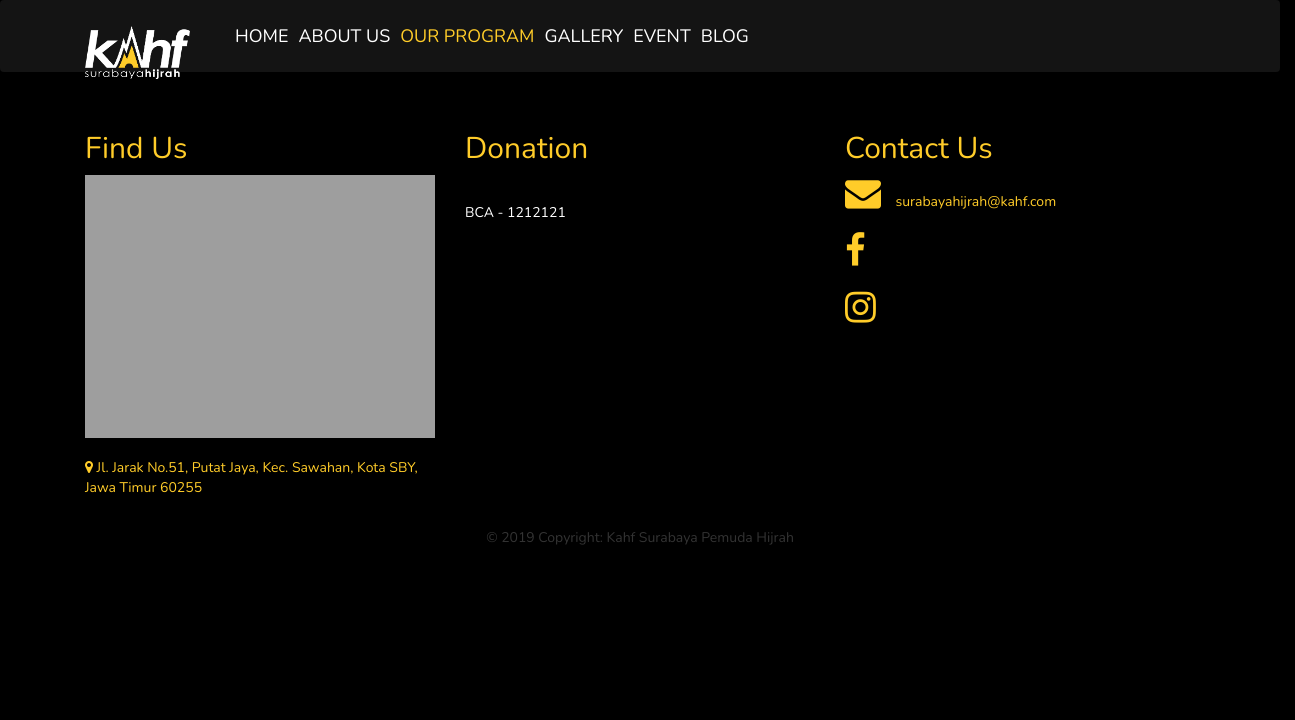
Repository: shandytp/surabaya-hijrah
Page: http://localhost/ourprogram.php
The author's editor kept a copy of each file at every save. The page is drawn from the files as they stood at one save, then again after the next save.
The browser window is 1280 px wide. The page is 1280 px wide, then 1295 px, then 1280 px, so the pictures cover 1295 px, including what lies to the right of the window. The pictures show the whole page.
Pictures or frames that could not be fetched are drawn as grey boxes. Some web libraries are served in a nearby version. The page is run by PHP 8.4 with error messages shown; the project is at /var/www/html/.

Above is the page before, as saved 2019-08-20 15:54:33.
Console error: TypeError: Cannot read properties of undefined (reading 'fn')

### ourprogram.php
<!-- Tim IT Surabaya Hijrah
- Wisnu Aria Y (Project Leader & Front End Developer)
- Moch Shandy Tsalasa Putra (Front End Developer)
- Aryo Budilaksono (Back End Developer)
- Kelvin Adji Pangestu (Back End Developer)
-->

<!DOCTYPE html>
<html lang="en">
<head>
    <meta charset="UTF-8">
    <meta name="author" content="Wisnu Aria Y,Moch Shandy Tsalasa Putra">
    <meta name="viewport" content="width=device-width, initial-scale=1.0">
    <meta http-equiv="X-UA-Compatible" content="ie=edge">
    <!-- Icon -->

    <link rel="shortcut icon" href="pictures/kahf.png" type="image/x-icon">
    <link rel="icon" href="pictures/favicon.ico" type="image/x-icon">

    <!-- Source CDN (Content Delivery Network) -->

    <!-- Navbar Bootstrap -->
    <link rel="stylesheet" href="https://maxcdn.bootstrapcdn.com/bootstrap/4.0.0-beta/css/bootstrap.min.css" integrity="sha384-/Y6pD6FV/Vv2HJnA6t+vslU6fwYXjCFtcEpHbNJ0lyAFsXTsjBbfaDjzALeQsN6M" crossorigin="anonymous">
    <script src="//maxcdn.bootstrapcdn.com/bootstrap/4.0.0/js/bootstrap.min.js"></script>
    <script src="//code.jquery.com/jquery-1.11.1.min.js"></script>

    <!-- Glider JS -->
    <link rel="stylesheet" href="css/glider.min.css" type="text/css">

    <!-- Icon-icon -->
    <link rel="stylesheet" href="https://stackpath.bootstrapcdn.com/font-awesome/4.7.0/css/font-awesome.min.css">

    <!-- Program -->
    <link href="//netdna.bootstrapcdn.com/bootstrap/3.2.0/css/bootstrap.min.css" rel="stylesheet" id="bootstrap-css">
<script src="//netdna.bootstrapcdn.com/bootstrap/3.2.0/js/bootstrap.min.js"></script>
<script src="//code.jquery.com/jquery-1.11.1.min.js"></script>

    <!-- Main CSS -->
    <link rel="stylesheet" href="css/main.css">

    <!-- Title -->
    <title>Surabaya Hijrah</title>
</head>
<body>
<!-- Navbar -->
<header>
       <nav class="navbar navbar-expand-lg navbar-light bg-dark text-light py-3 main-nav">
          <div class="container">
            <a class="navbar-brand " href="index.php"><img src="pictures/kahflogo.png" width="105" height="52.5" alt="Kahf Logo"></a>
              <button class="navbar-toggler" type="button" data-toggle="collapse" data-target="#navbarSupportedContent" aria-controls="navbarSupportedContent" aria-expanded="false" aria-label="Toggle navigation">
                <span class="navbar-toggler-icon"></span>
              </button>

              <div class="collapse navbar-collapse " id="navbarSupportedContent">
                <ul class="navbar-nav ml-auto">
                <!-- Active itu buat halaman yang sedang dikunjungi -->
                  <li class="nav-item ">
                    <a class="nav-link link-3" href="index.php">Home <span class="sr-only">(current)</span></a>
                  </li>
                  <li class="nav-item ">
                    <a class="nav-link link-3" href="about.php">About Us</a>
                  </li>
                  <li class="nav-item active">
                    <a class="nav-link link-3" href="ourprogram.php">Our Program</a>
                  </li>
                  <li class="nav-item">
                    <a class="nav-link link-3" href="gallery.php">Gallery</a>
                  </li>
                  <li class="nav-item">
                    <a class="nav-link link-3" href="event.php">Event</a>
                  </li>
                  <li class="nav-item">
                    <a class="nav-link link-3" href="blog.php">Blog</a>
                  </li>
                </ul>
              </div>
          </div>
        </nav>
    </header>

    <!-- Optional JavaScript -->
    <!-- jQuery first, then Popper.js, then Bootstrap JS -->
    <script src="https://code.jquery.com/jquery-3.2.1.slim.min.js" integrity="sha384-KJ3o2DKtIkvYIK3UENzmM7KCkRr/rE9/Qpg6aAZGJwFDMVNA/GpGFF93hXpG5KkN" crossorigin="anonymous"></script>
    <script src="https://cdnjs.cloudflare.com/ajax/libs/popper.js/1.11.0/umd/popper.min.js" integrity="sha384-b/U6ypiBEHpOf/4+1nzFpr53nxSS+GLCkfwBdFNTxtclqqenISfwAzpKaMNFNmj4" crossorigin="anonymous"></script>
    <script src="https://maxcdn.bootstrapcdn.com/bootstrap/4.0.0-beta/js/bootstrap.min.js" integrity="sha384-h0AbiXch4ZDo7tp9hKZ4TsHbi047NrKGLO3SEJAg45jXxnGIfYzk4Si90RDIqNm1" crossorigin="anonymous"></script>

    <script src="js/navbar.js"></script>


    <!-- Program -->



<!-- Footer -->
<footer>
<br/>
        <div class="container">
          <div class="row">
            <div class="col-md-8 col-sm-8">
              <div class="row footer-menu">
                <!-- Find Us Location -->
                <div class="col-md-6 col-xs-12">
                  <h2 class="footer">
                    Find Us
                  </h2>
                    <div class="embed-responsive embed-responsive-4by3">
                      <iframe src="https://www.google.com/maps/embed?pb=!1m18!1m12!1m3!1d3957.6525253721115!2d112.71829691354493!3d-7.2803191735654424!2m3!1f0!2f0!3f0!3m2!1i1024!2i768!4f13.1!3m3!1m2!1s0x2dd7fba2c2498407%3A0xcd27f60f463c0dfd!2sRuang+Harapan-Kahf+Surabaya+Hijrah!5e0!3m2!1sid!2sid!4v1565593698302!5m2!1sid!2sid" width="425" height="350" frameborder="0" style="border:0" allowfullscreen>
                      </iframe>
                    </div>
                    <a href="https://g.page/surabayahijrah?share"
                        target="_blank"><i class="fa fa-map-marker" aria-hidden="true"></i> Jl. Jarak No.51, Putat Jaya, Kec. Sawahan, Kota SBY, Jawa Timur 60255</a>
                </div>
                <div class="col-md-6 col-xs-12">
                  <h2 class="footer">Donation</h2>
                  <br>
                  <h5>BCA - 1212121</h5>
                </div>
              </div>
            </div>
            <div class="col-md-4 col-sm-4">
              <h2 class="footer">Contact Us</h2>
              <ul class="follow-us clearfix">
                  <li><a href="#"><i class="fa fa-envelope" aria-hidden="true" style="font-size:36px"></i>&nbsp;&nbsp;&nbsp;&nbsp;surabayahijrah@kahf.com</a><a href="#"></a></li>
                  <br>
                  <li><a href="#"><i class="fa fa-facebook" aria-hidden="true" style="font-size:36px"></i></a></li>
                  <br>
                  <li><a href="#"><i class="fa fa-instagram" aria-hidden="true" style="font-size:36px"></i></a></li>
            </ul>
            </div>
          </div>
        </div>

          <!-- Copyright -->
        <div class="footer-copyright text-center py-3">© 2019 Copyright: Kahf Surabaya Pemuda Hijrah</div>
  <!-- Copyright -->
</footer>
</body>
</html>

### css/glider.min.css
.glider,
.glider-contain {
  margin: 0 auto;
  position: relative;
}
.glider,
.glider-track {
  transform: translateZ(0);
}
.glider-dot,
.glider-next,
.glider-prev {
  border: 0;
  padding: 0;
  user-select: none;
  outline: 0;
}
.glider-contain {
  width: 100%;
}
.glider {
  overflow-y: hidden;
  -webkit-overflow-scrolling: touch;
  -ms-overflow-style: none;
}
.glider-track {
  width: 100%;
  margin: 0;
  padding: 0;
  display: flex;
  z-index: 1;
}
.glider.draggable {
  user-select: none;
  cursor: -webkit-grab;
  cursor: grab;
}
.glider.draggable .glider-slide img {
  user-select: none;
  pointer-events: none;
}
.glider.drag {
  cursor: -webkit-grabbing;
  cursor: grabbing;
}
.glider-slide {
  user-select: none;
  justify-content: center;
  align-content: center;
  width: 100%;
  min-width: 150px;
}
.glider-slide img {
  max-width: 100%;
}
.glider::-webkit-scrollbar {
  opacity: 0;
  height: 0;
}
.glider-next,
.glider-prev {
  position: absolute;
  background: 0 0;
  z-index: 2;
  font-size: 40px;
  text-decoration: none;
  left: -23px;
  top: 30%;
  cursor: pointer;
  color: #666;
  opacity: 1;
  line-height: 1;
  transition: opacity 0.5s cubic-bezier(0.17, 0.67, 0.83, 0.67), color 0.5s cubic-bezier(0.17, 0.67, 0.83, 0.67);
}
.glider-next:focus,
.glider-next:hover,
.glider-prev:focus,
.glider-prev:hover {
  color: #ffbf00;
}
.glider-next {
  right: -23px;
  left: auto;
}
.glider-next.disabled,
.glider-prev.disabled {
  opacity: 0.25;
  color: #666;
  cursor: default;
}
.glider-hide {
  opacity: 0;
}
.glider-dots {
  user-select: none;
  display: flex;
  flex-wrap: wrap;
  justify-content: center;
  margin: 0 auto;
  padding: 0;
}
.glider-dot {
  display: block;
  cursor: pointer;
  color: #ccc;
  border-radius: 999px;
  background: #ccc;
  width: 12px;
  height: 12px;
  margin: 7px;
}
.glider-dot:focus,
.glider-dot:hover {
  background: #dddddd;
}
.glider-dot.active {
  background: #ffbf00;
}
@media (max-width: 36em) {
  .glider::-webkit-scrollbar {
    opacity: 1;
    -webkit-appearance: none;
    width: 7px;
    height: 3px;
  }
  .glider::-webkit-scrollbar-thumb {
    opacity: 1;
    border-radius: 99px;
    background-color: rgba(156, 156, 156, 0.25);
    -webkit-box-shadow: 0 0 1px rgba(255, 255, 255, 0.25);
    box-shadow: 0 0 1px rgba(255, 255, 255, 0.25);
  }
}

Loaded but not shown: js/navbar.js (11 lines, source omitted); css/main.css (511 lines, source omitted)

After the next save:
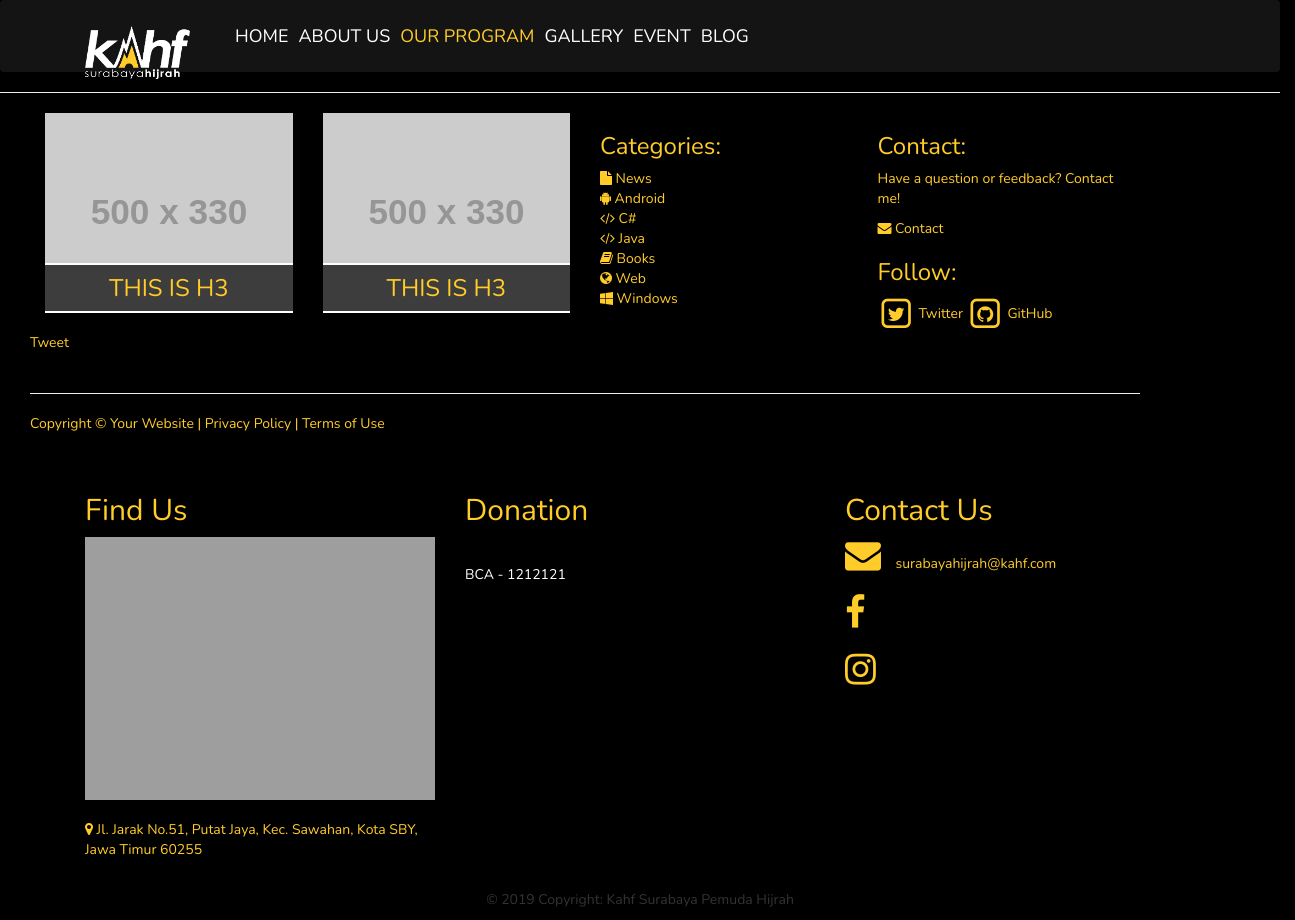
Saved 42 s later.
--- a/ourprogram.php
+++ b/ourprogram.php
@@ -89,6 +89,120 @@
 
     <!-- Program -->
 
+<link href="//netdna.bootstrapcdn.com/font-awesome/4.1.0/css/font-awesome.min.css" rel="stylesheet">
+<hr>
+
+        <footer>
+            <div class="row">
+                <div class="col-lg-12">
+    			<div class="col-lg-3 col-md-6">
+                <div class="container">
+
+
+    	<div class="col-lg-3">
+    				<div class="cuadro_intro_hover " style="background-color:#cccccc;">
+						<p style="text-align:center; margin-top:20px;">
+							<img src="http://placehold.it/500x330" class="img-responsive" alt="">
+						</p>
+						<div class="caption">
+							<div class="blur"></div>
+							<div class="caption-text">
+								<h3 style="border-top:2px solid white; border-bottom:2px solid white; padding:10px;">THIS IS H3</h3>
+								<p>Loren ipsum dolor si amet ipsum dolor si amet ipsum dolor...</p>
+								<a class=" btn btn-default" href="#"><span class="glyphicon glyphicon-plus"> INFO</span></a>
+							</div>
+						</div>
+					</div>
+
+	    </div>
+       <div class="col-lg-3">
+    				<div class="cuadro_intro_hover " style="background-color:#cccccc;">
+						<p style="text-align:center; margin-top:20px;">
+							<img src="http://placehold.it/500x330" class="img-responsive" alt="">
+						</p>
+						<div class="caption">
+							<div class="blur"></div>
+							<div class="caption-text">
+								<h3 style="border-top:2px solid white; border-bottom:2px solid white; padding:10px;">THIS IS H3</h3>
+								<p>Loren ipsum dolor si amet ipsum dolor si amet ipsum dolor...</p>
+								<a class=" btn btn-default" href="#"><span class="glyphicon glyphicon-plus"> INFO</span></a>
+							</div>
+						</div>
+					</div>
+
+	    </div>
+
+
+            <div class="col-lg-3 col-md-6">
+			<h3>Categories:</h3>
+                <ul>
+				<li><a href=""><i class="fa fa-file"></i> News</a></li>
+				<li><a href=""><i class="fa fa-android"></i> Android</a></li>
+				<li><a href=""><i class="fa fa-code"></i> C#</a></li>
+				<li><a href=""><i class="fa fa-code"></i> Java</a></li>
+				<li><a href=""><i class="fa fa-book"></i> Books</a></li>
+				<li><a href=""><i class="fa fa-globe"></i> Web</a></li>
+				<li><a href=""><i class="fa fa-windows"></i> Windows</a></li>
+				</ul>
+            </div>
+
+            <div class="col-lg-3 col-md-6">
+                <h3>Contact:</h3>
+				<p>Have a question or feedback? Contact me!</p>
+				<p><a href="" title="Contact me!"><i class="fa fa-envelope"></i> Contact</a></p>
+            <h3>Follow:</h3>
+
+
+<a href="" id="gh" target="_blank" title="Twitter"><span class="fa-stack fa-lg">
+  <i class="fa fa-square-o fa-stack-2x"></i>
+  <i class="fa fa-twitter fa-stack-1x"></i>
+</span>
+Twitter</a>
+<a href=""  target="_blank" title="GitHub"><span class="fa-stack fa-lg">
+  <i class="fa fa-square-o fa-stack-2x"></i>
+  <i class="fa fa-github fa-stack-1x"></i>
+</span>
+GitHub</a>
+
+
+
+
+
+
+			</div>
+			<br/>
+            <div id="fb-root"></div>
+<script>(function(d, s, id) {
+  var js, fjs = d.getElementsByTagName(s)[0];
+  if (d.getElementById(id)) return;
+  js = d.createElement(s); js.id = id;
+  js.src = "//connect.facebook.net/hu_HU/sdk.js#xfbml=1&version=v2.0";
+  fjs.parentNode.insertBefore(js, fjs);
+}(document, 'script', 'facebook-jssdk'));</script>
+
+<div class="fb-like" data-href="" data-layout="standard" data-action="like" data-show-faces="true" data-share="true"></div>
+
+<a href="https://twitter.com/share" class="twitter-share-button" data-url="">Tweet</a>
+<script>!function(d,s,id){var js,fjs=d.getElementsByTagName(s)[0],p=/^http:/.test(d.location)?'http':'https';if(!d.getElementById(id)){js=d.createElement(s);js.id=id;js.src=p+'://platform.twitter.com/widgets.js';fjs.parentNode.insertBefore(js,fjs);}}(document, 'script', 'twitter-wjs');</script>
+
+<div class="g-plusone" data-annotation="inline" data-width="300" data-href=""></div>
+
+<!-- Helyezd el ezt a címkét az utolsó +1 gomb címke mögé. -->
+<script type="text/javascript">
+  (function() {
+    var po = document.createElement('script'); po.type = 'text/javascript'; po.async = true;
+    po.src = 'https://apis.google.com/js/platform.js';
+    var s = document.getElementsByTagName('script')[0]; s.parentNode.insertBefore(po, s);
+  })();
+</script>
+			<br/>
+
+				<hr>
+                    <p>Copyright © Your Website | <a href="">Privacy Policy</a> | <a href="">Terms of Use</a></p>
+
+
+
+        </footer>
 
 
 <!-- Footer -->

After the save that followed:
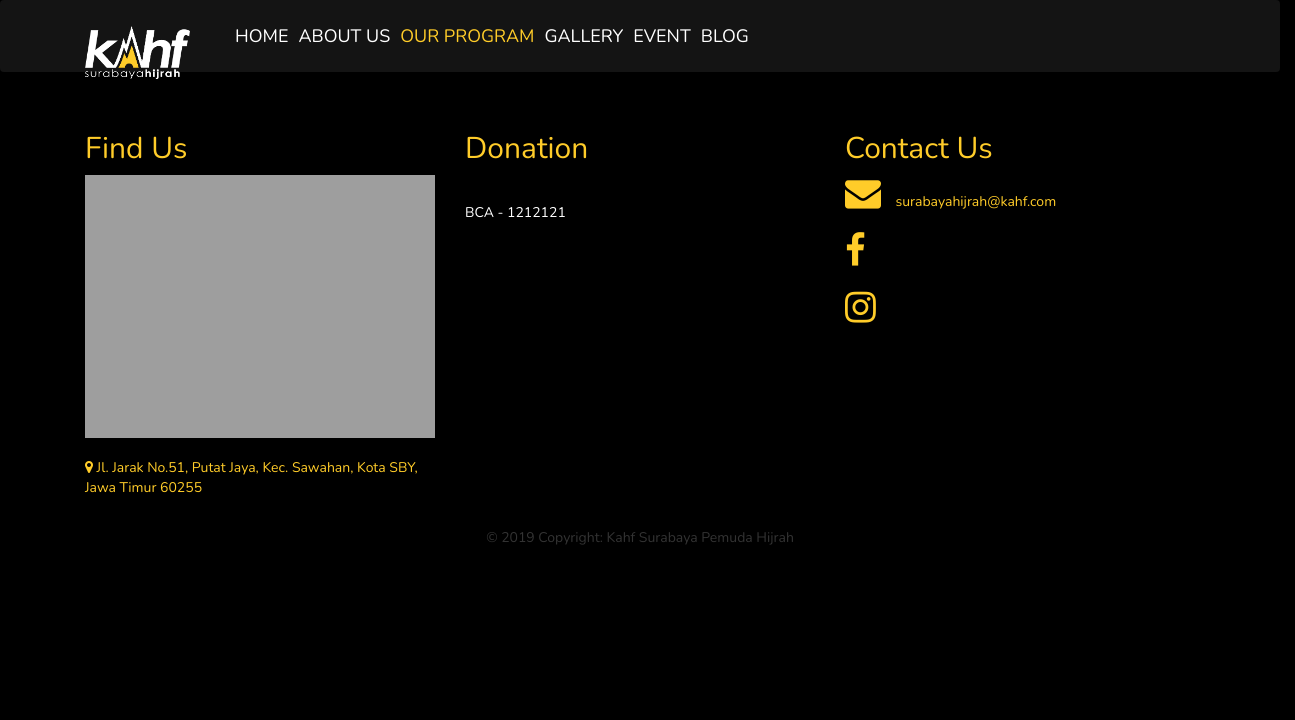
Saved 22 s later.
--- a/ourprogram.php
+++ b/ourprogram.php
@@ -89,120 +89,6 @@
 
     <!-- Program -->
 
-<link href="//netdna.bootstrapcdn.com/font-awesome/4.1.0/css/font-awesome.min.css" rel="stylesheet">
-<hr>
-
-        <footer>
-            <div class="row">
-                <div class="col-lg-12">
-    			<div class="col-lg-3 col-md-6">
-                <div class="container">
-
-
-    	<div class="col-lg-3">
-    				<div class="cuadro_intro_hover " style="background-color:#cccccc;">
-						<p style="text-align:center; margin-top:20px;">
-							<img src="http://placehold.it/500x330" class="img-responsive" alt="">
-						</p>
-						<div class="caption">
-							<div class="blur"></div>
-							<div class="caption-text">
-								<h3 style="border-top:2px solid white; border-bottom:2px solid white; padding:10px;">THIS IS H3</h3>
-								<p>Loren ipsum dolor si amet ipsum dolor si amet ipsum dolor...</p>
-								<a class=" btn btn-default" href="#"><span class="glyphicon glyphicon-plus"> INFO</span></a>
-							</div>
-						</div>
-					</div>
-
-	    </div>
-       <div class="col-lg-3">
-    				<div class="cuadro_intro_hover " style="background-color:#cccccc;">
-						<p style="text-align:center; margin-top:20px;">
-							<img src="http://placehold.it/500x330" class="img-responsive" alt="">
-						</p>
-						<div class="caption">
-							<div class="blur"></div>
-							<div class="caption-text">
-								<h3 style="border-top:2px solid white; border-bottom:2px solid white; padding:10px;">THIS IS H3</h3>
-								<p>Loren ipsum dolor si amet ipsum dolor si amet ipsum dolor...</p>
-								<a class=" btn btn-default" href="#"><span class="glyphicon glyphicon-plus"> INFO</span></a>
-							</div>
-						</div>
-					</div>
-
-	    </div>
-
-
-            <div class="col-lg-3 col-md-6">
-			<h3>Categories:</h3>
-                <ul>
-				<li><a href=""><i class="fa fa-file"></i> News</a></li>
-				<li><a href=""><i class="fa fa-android"></i> Android</a></li>
-				<li><a href=""><i class="fa fa-code"></i> C#</a></li>
-				<li><a href=""><i class="fa fa-code"></i> Java</a></li>
-				<li><a href=""><i class="fa fa-book"></i> Books</a></li>
-				<li><a href=""><i class="fa fa-globe"></i> Web</a></li>
-				<li><a href=""><i class="fa fa-windows"></i> Windows</a></li>
-				</ul>
-            </div>
-
-            <div class="col-lg-3 col-md-6">
-                <h3>Contact:</h3>
-				<p>Have a question or feedback? Contact me!</p>
-				<p><a href="" title="Contact me!"><i class="fa fa-envelope"></i> Contact</a></p>
-            <h3>Follow:</h3>
-
-
-<a href="" id="gh" target="_blank" title="Twitter"><span class="fa-stack fa-lg">
-  <i class="fa fa-square-o fa-stack-2x"></i>
-  <i class="fa fa-twitter fa-stack-1x"></i>
-</span>
-Twitter</a>
-<a href=""  target="_blank" title="GitHub"><span class="fa-stack fa-lg">
-  <i class="fa fa-square-o fa-stack-2x"></i>
-  <i class="fa fa-github fa-stack-1x"></i>
-</span>
-GitHub</a>
-
-
-
-
-
-
-			</div>
-			<br/>
-            <div id="fb-root"></div>
-<script>(function(d, s, id) {
-  var js, fjs = d.getElementsByTagName(s)[0];
-  if (d.getElementById(id)) return;
-  js = d.createElement(s); js.id = id;
-  js.src = "//connect.facebook.net/hu_HU/sdk.js#xfbml=1&version=v2.0";
-  fjs.parentNode.insertBefore(js, fjs);
-}(document, 'script', 'facebook-jssdk'));</script>
-
-<div class="fb-like" data-href="" data-layout="standard" data-action="like" data-show-faces="true" data-share="true"></div>
-
-<a href="https://twitter.com/share" class="twitter-share-button" data-url="">Tweet</a>
-<script>!function(d,s,id){var js,fjs=d.getElementsByTagName(s)[0],p=/^http:/.test(d.location)?'http':'https';if(!d.getElementById(id)){js=d.createElement(s);js.id=id;js.src=p+'://platform.twitter.com/widgets.js';fjs.parentNode.insertBefore(js,fjs);}}(document, 'script', 'twitter-wjs');</script>
-
-<div class="g-plusone" data-annotation="inline" data-width="300" data-href=""></div>
-
-<!-- Helyezd el ezt a címkét az utolsó +1 gomb címke mögé. -->
-<script type="text/javascript">
-  (function() {
-    var po = document.createElement('script'); po.type = 'text/javascript'; po.async = true;
-    po.src = 'https://apis.google.com/js/platform.js';
-    var s = document.getElementsByTagName('script')[0]; s.parentNode.insertBefore(po, s);
-  })();
-</script>
-			<br/>
-
-				<hr>
-                    <p>Copyright © Your Website | <a href="">Privacy Policy</a> | <a href="">Terms of Use</a></p>
-
-
-
-        </footer>
 
 
 <!-- Footer -->
